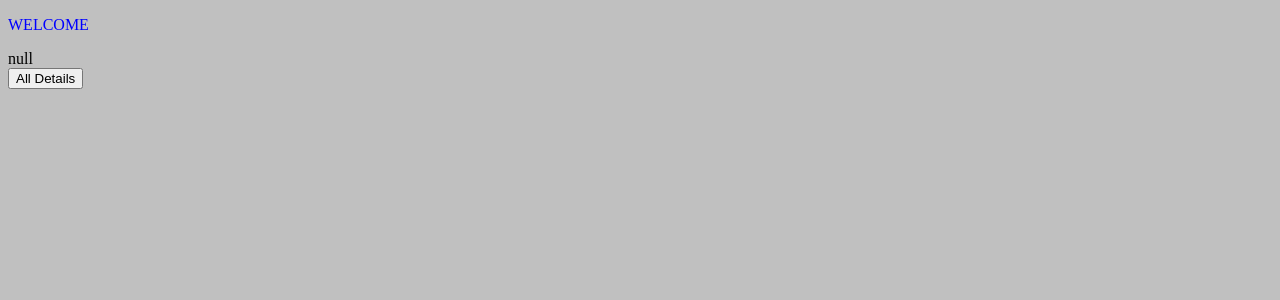
Repository: iamvinayhv/Servlet
Page: http://localhost/EmployeeApp/jsp/Logcomplete.jsp
The author's editor kept a copy of each file at every save. The page is drawn from the files as they stood at one save, then again after the next save.
The browser window is 1280 px wide. The pictures show the whole page.
The page is served by Tomcat 9. Other server files are loaded and not shown. Queries for data that is not in the repository find no rows.

Above is the page before, as saved 2017-03-10 04:34:55.

### EmployeeApp/WebContent/jsp/Logcomplete.jsp
<%@ page language="java" contentType="text/html; charset=UTF-8"
    pageEncoding="UTF-8"%>
<!DOCTYPE html PUBLIC "-//W3C//DTD HTML 4.01 Transitional//EN" "http://www.w3.org/TR/html4/loose.dtd">
<html>
<head>
<meta http-equiv="Content-Type" content="text/html; charset=UTF-8">
<title>Home Page</title>
</head>
<body bgcolor=silver>

<%! String username=null; %>

<%
	HttpSession session2=request.getSession(false);
	username=(String)session2.getAttribute("user");
%>
<p style="color:blue;">WELCOME</p>
<%=username%><br/>

<a href="details.jsp">
<input align="right" type= "submit" value="All Details"></a>
</body>
</html>

### EmployeeApp/WebContent/jsp/details.jsp
<%@ page language="java" contentType="text/html; charset=UTF-8" import="com.jsp.Pojo" import="java.sql.*"
    pageEncoding="UTF-8"%>
<!DOCTYPE html PUBLIC "-//W3C//DTD HTML 4.01 Transitional//EN" "http://www.w3.org/TR/html4/loose.dtd">
<html>
<head>
<meta http-equiv="Content-Type" content="text/html; charset=UTF-8">
<title>Employee details</title>
</head>
<body bgcolor="blue">
<p style="color=gold;">Your Details</p>
<%!ResultSet rs;
String res="";
%>
<%
	Pojo p=new Pojo();
	Connection connection=p.getConnection();
	String qry="select * from VinayKumar.employee where id=?";

	PreparedStatement preparedStatement=connection.prepareStatement(qry);
	HttpSession session2=request.getSession(false);
	String id=(String)session2.getAttribute("id");

	preparedStatement.setString(1, id);

	rs=preparedStatement.executeQuery();

	while(rs.next())
	{
		res=res+"Emp ID:"+rs.getString("id")+"\n"+"Emp Name:"+rs.getString("Ename")+"\n"+"Emp salary:"+rs.getString("Salary")+"\n"+"Emp Depatment:"+rs.getString("dept");
	}

%>
<%=res %>

</body>
</html>

### EmployeeApp/src/com/jsp/Pojo.java
package com.jsp;

import java.sql.*;

public class Pojo

{
	public Connection getConnection()
	{
		Connection connection=null;
		try
		{
			Class.forName("com.mysql.jdbc.Driver");

			connection =DriverManager.getConnection("jdbc:mysql://localhost:3306/VinayKumar?user=root&password=tiger");

		}
		catch (ClassNotFoundException |SQLException e)
		{
			e.printStackTrace();
		}

		return connection;
	}



	public boolean register(int id,String name,String sal,String dept,String pass)
	{
		String qry="insert into VinayKumar.employee values(?,?,?,?,?)";
		Connection connection=getConnection();
		PreparedStatement preparedStatement = null;

		try
		{

			preparedStatement=connection.prepareStatement(qry);

			preparedStatement.setInt(1, id);
			preparedStatement.setString(2, name);
			preparedStatement.setString(3, sal);
			preparedStatement.setString(4, dept);
			preparedStatement.setString(5, pass);

			preparedStatement.executeUpdate();
		}
		catch (SQLException e)
		{
			e.printStackTrace();
			return false;
		}
		finally
		{
			try {
				connection.close();
				preparedStatement.close();
			} catch (SQLException e) {
				// TODO Auto-generated catch block
				e.printStackTrace();
			}
		}

		return true;

	}



	public String login(int id,String password)
	{
		String qry="select Password,Ename from VinayKumar.employee where id=?";

		Connection connection=getConnection();
		PreparedStatement preparedStatement = null;
		ResultSet rs=null;


		try
		{

			preparedStatement=connection.prepareStatement(qry);

			preparedStatement.setInt(1, id);
			rs=preparedStatement.executeQuery();


			rs.next();
			String pwd=rs.getString("Password");

			if(password.equals(pwd))
			{
				String name;
				name = rs.getString("Ename");
				return name;
			}


		}
		catch (SQLException e)
		{
			e.printStackTrace();
			return null;
		}

		finally
		{
			try {
				connection.close();
				preparedStatement.close();
			} catch (SQLException e) {
				e.printStackTrace();
			}
		}

		return null;

	}

}

After the next save:
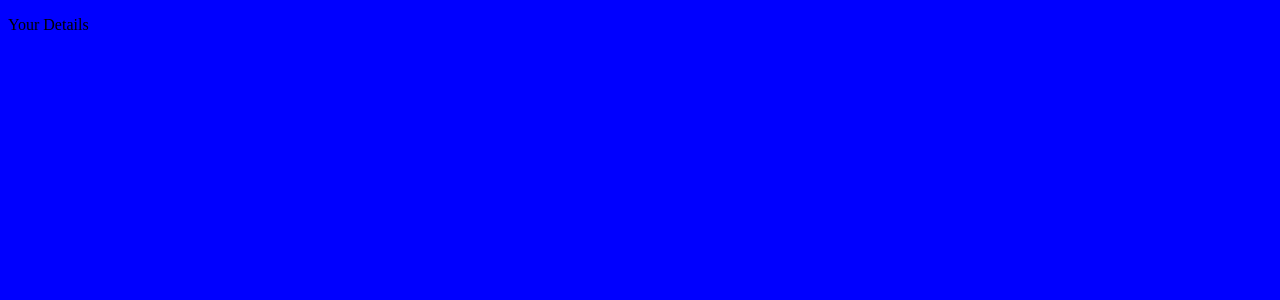
Saved 10 min 45 s later.
--- a/EmployeeApp/WebContent/jsp/Logcomplete.jsp
+++ b/EmployeeApp/WebContent/jsp/Logcomplete.jsp
@@ -13,11 +13,16 @@
 <%
 	HttpSession session2=request.getSession(false);
 	username=(String)session2.getAttribute("user");
+
+	RequestDispatcher rd=request.getRequestDispatcher("details.jsp");
+	rd.forward(request, response);
 %>
 <p style="color:blue;">WELCOME</p>
 <%=username%><br/>
 
 <a href="details.jsp">
 <input align="right" type= "submit" value="All Details"></a>
+
+
 </body>
 </html>

After the save that followed:
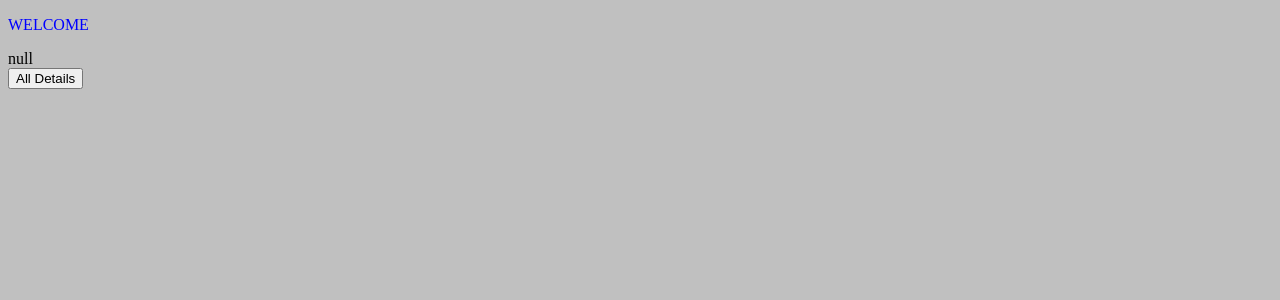
Saved 3 min 1 s later.
--- a/EmployeeApp/WebContent/jsp/Logcomplete.jsp
+++ b/EmployeeApp/WebContent/jsp/Logcomplete.jsp
@@ -14,8 +14,6 @@
 	HttpSession session2=request.getSession(false);
 	username=(String)session2.getAttribute("user");
 
-	RequestDispatcher rd=request.getRequestDispatcher("details.jsp");
-	rd.forward(request, response);
 %>
 <p style="color:blue;">WELCOME</p>
 <%=username%><br/>
